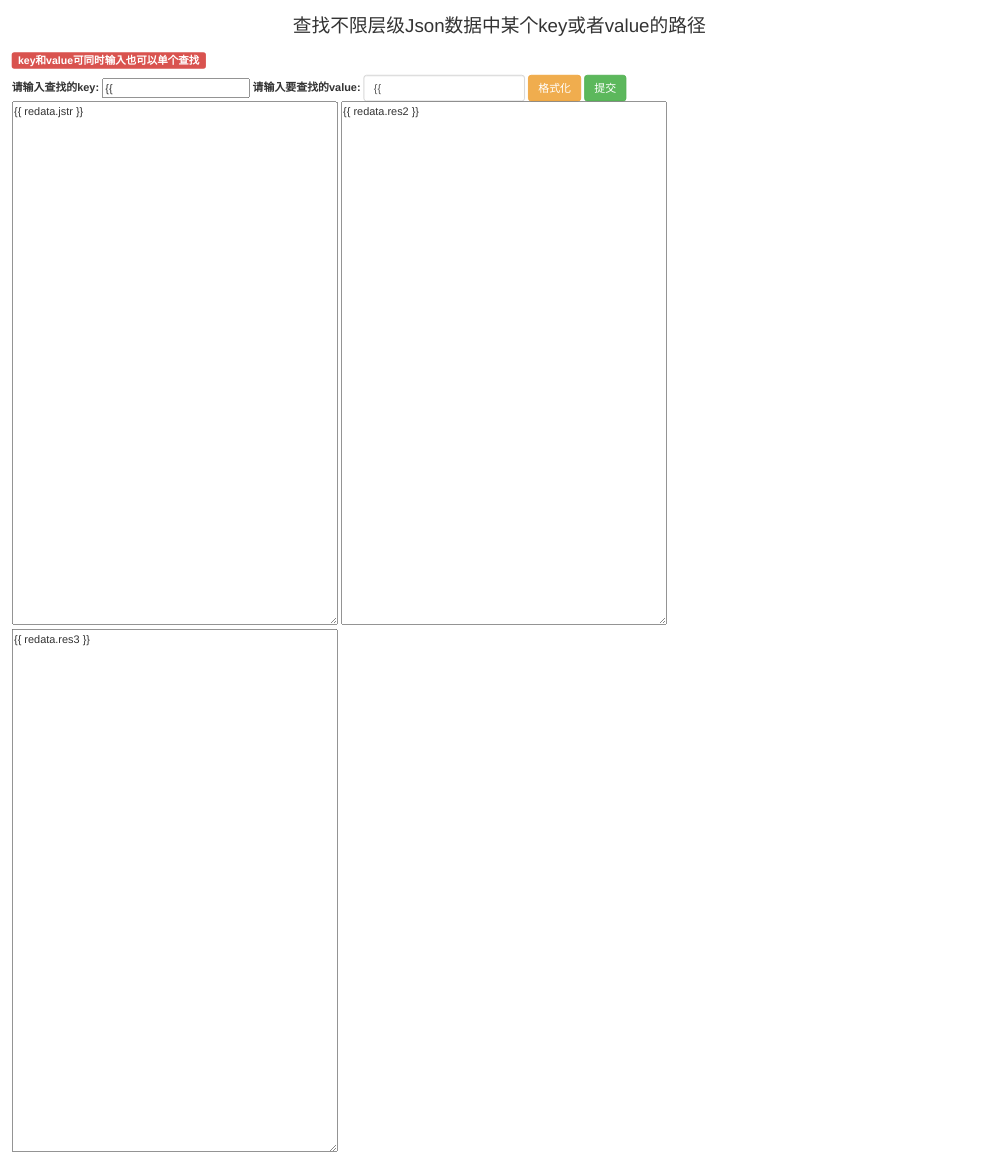
Repository: wangyanqing666/study
Page: other.html
These files come from the project's save history. The page is drawn as it stood at one moment and after the next save; the edit follows.
The browser window is 1280 px wide. The pictures show the whole page, at 78% of full size.
Some web libraries are served in a nearby version.

Above is the page before, as saved 2020-12-03 11:22:40.

### other.html
<!DOCTYPE html>
<html lang="en">

<head>

    <head>

        <meta charset="UTF-8">
        <meta name="viewport" content="width=device-width, initial-scale=1,maximum-scale=1, user-scalable=no">
        <title>jean同步配置</title>
        <link rel="stylesheet" href="https://cdn.staticfile.org/twitter-bootstrap/3.3.7/css/bootstrap.min.css">
        <script src="https://cdn.staticfile.org/jquery/2.1.1/jquery.min.js"></script>
        <script src="https://cdn.staticfile.org/twitter-bootstrap/3.3.7/js/bootstrap.min.js"></script>
    </head>

<body>
    <h3 class="text-center">查找不限层级Json数据中某个key或者value的路径</h3>

    <div class="container-fluid">
        <h4><span class="label label-danger" >key和value可同时输入也可以单个查找</span></h4>


        <form class="form-inline" action="/formit" method="POST">


            <div class="form-group">
                <label>请输入查找的key: </label>

                <input class="form-group" type="text" id="key" name="key" value={{ redata.key }}>
            </div>

            <div class="form-group">

                <label>请输入要查找的value: </label>
                <input class="form-control" type="text" id="key1" name="key1" value={{ redata.value }}>
                <button type="button" class="btn btn-warning" id="formatting" onclick="beautify();">格式化</button>
                <input type="submit" class="btn btn-success" value="提交">



            </div>


            <div class="form-group">

                <textarea class="column " style="height: 671px; width: 418px;" id="editor1"
                    placeholder="给一个JSON字符串，然后会自动格式化" spellcheck="false" name="jstr">{{ redata.jstr }}</textarea>
                <textarea id="editor2" style="height: 671px; width: 418px;" class="clumn " placeholder="key值"
                    name="jstr1">{{ redata.res2 }}</textarea>
                <textarea id="editor3" style="height: 671px; width: 418px;" class="clumn " placeholder="value值"
                    name="jstr2">{{ redata.res3 }}</textarea>
            </div>


        </form>
    </div>









</body>

</html>

After the next save:
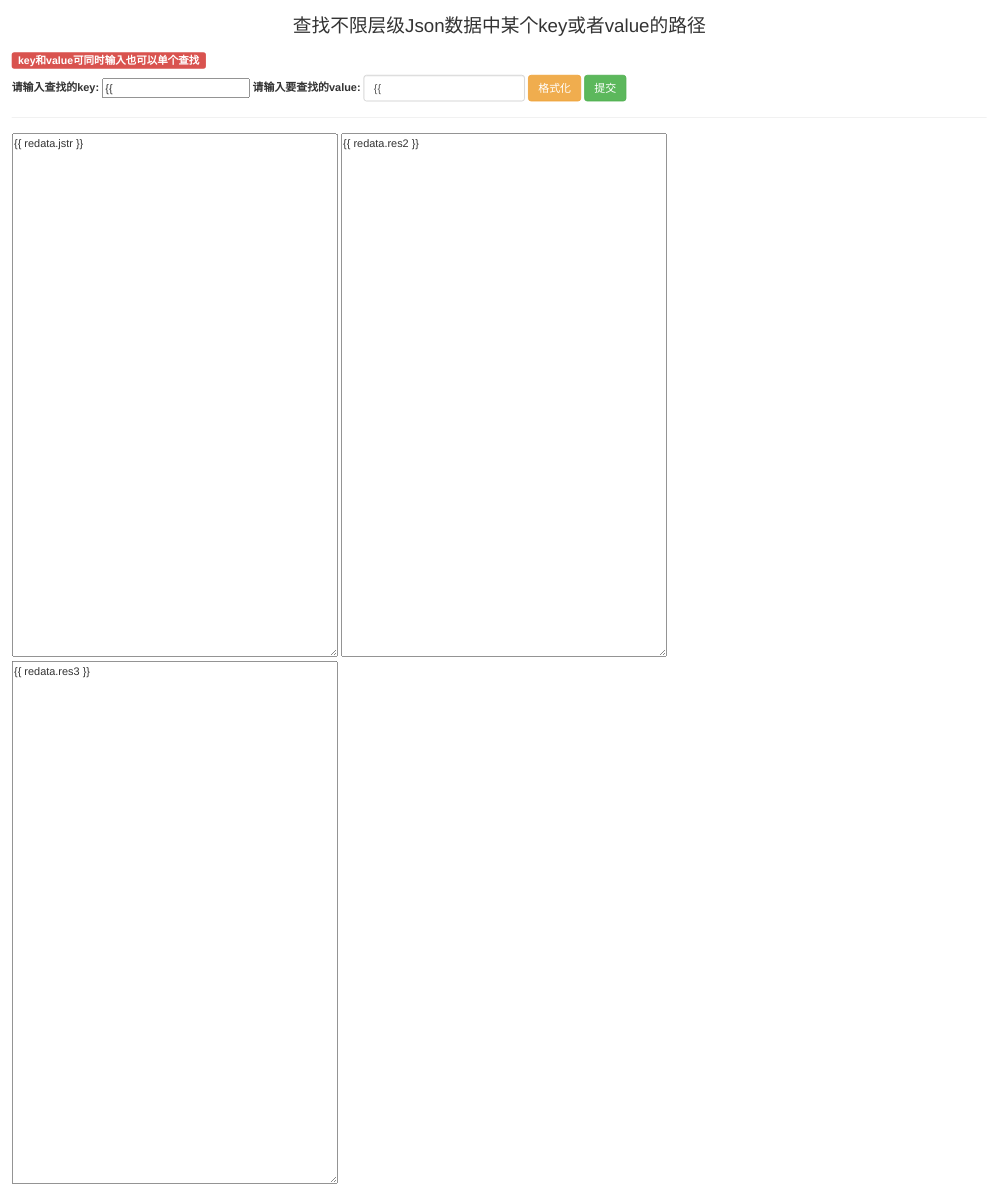
Saved 44 s later.
--- a/other.html
+++ b/other.html
@@ -42,6 +42,8 @@
 
 
             <div class="form-group">
+                <hr style="border:1px dashed #0000fff" />
+
 
                 <textarea class="column " style="height: 671px; width: 418px;" id="editor1"
                     placeholder="给一个JSON字符串，然后会自动格式化" spellcheck="false" name="jstr">{{ redata.jstr }}</textarea>
